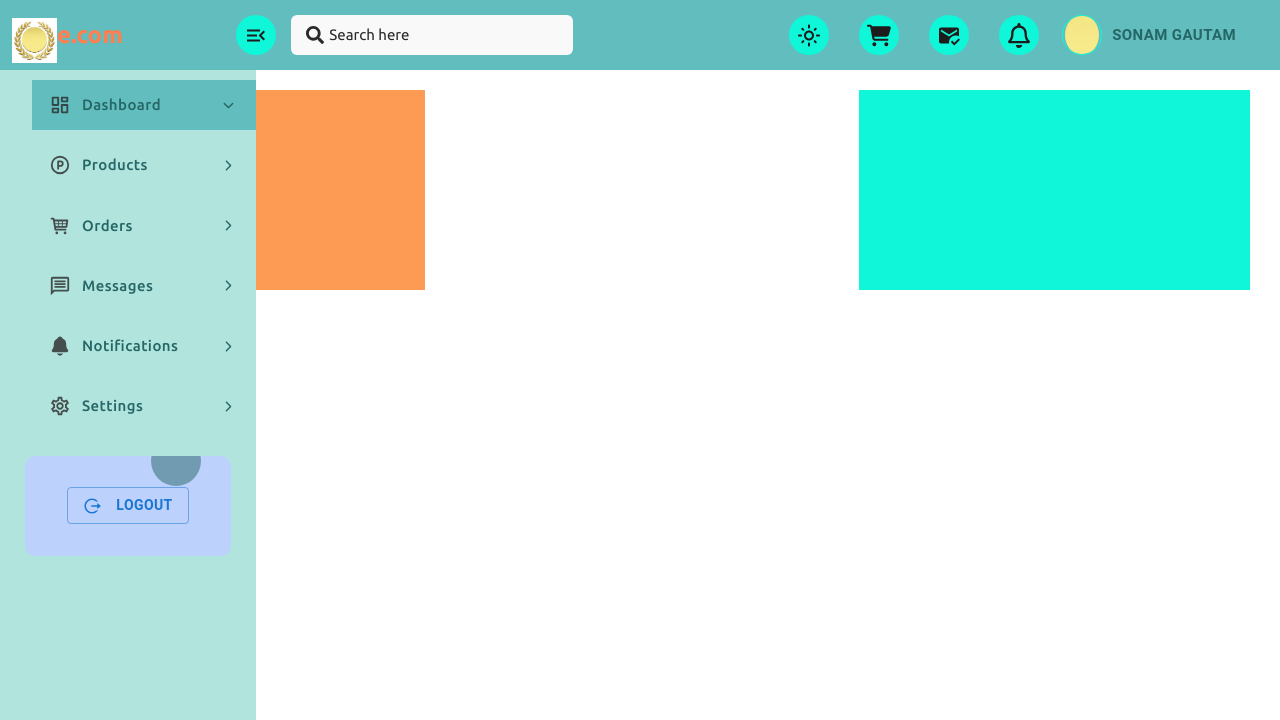
Repository: gautamsonam011/admin-react-dashboard
Page: /
These files come from the project's save history. The page is drawn as it stood at one moment and after the next save; the edit follows.
The browser window is 1280 px wide. The pictures show the whole page.
The project was rebuilt for these pictures with package versions that can differ from the ones it lists, and the page was loaded fresh each time.

Above is the page before, as saved 2025-04-16 12:53:57.

After the next save:
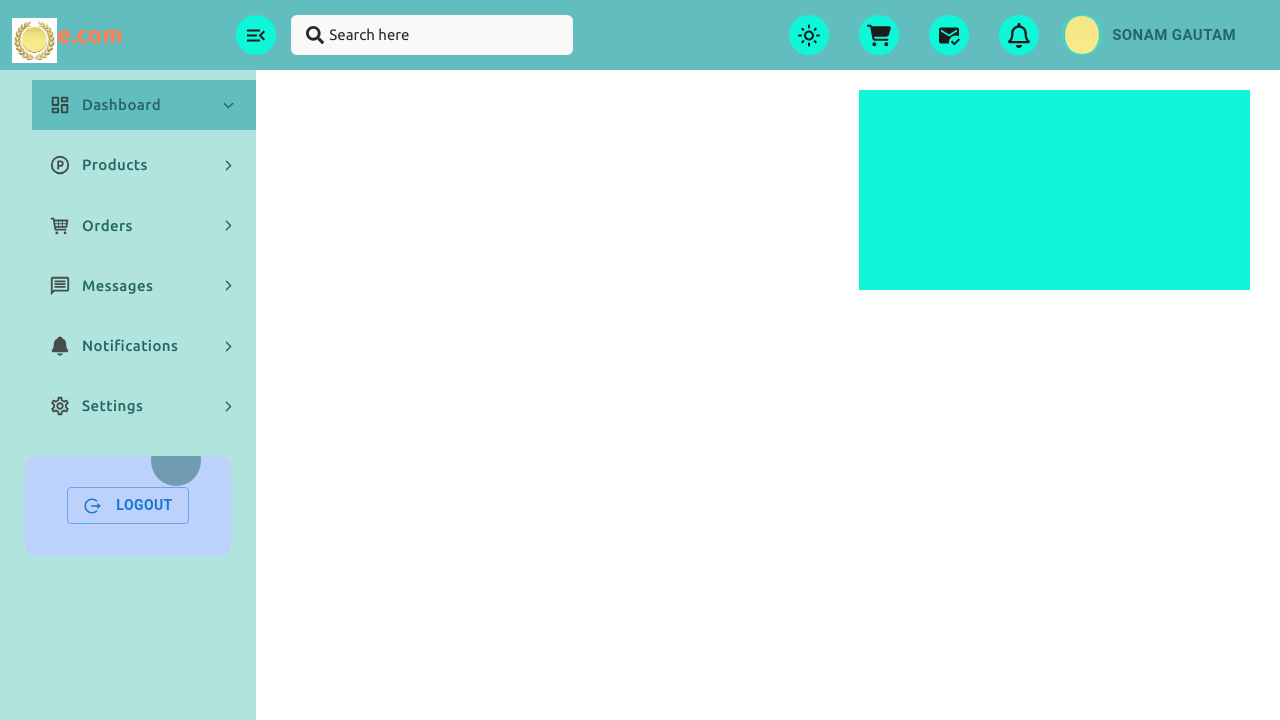
Saved 11 s later.
--- a/src/App.css
+++ b/src/App.css
@@ -94,5 +94,5 @@ position:relative; overflow:hidden;}
 .main .content{width:80%; flex: 0 0 80%;}
 .right-content{padding: 90px 30px;}
 .dashboardBoxWrapper{gap: 15px; width:100%; flex-wrap: wrap;}
-.dashboardBoxWrapper .dashboardBox{width:49%; height: 200px; background-color:rgb(253, 154, 83);}
+.dashboardBoxWrapper .dashboardBox{width:200px; height: 200px; background-color:rgb(253, 154, 83);}
 .dashboardBoxWrapperRow .box{width:100%; height: 100%; background:#0ff7d8;}
